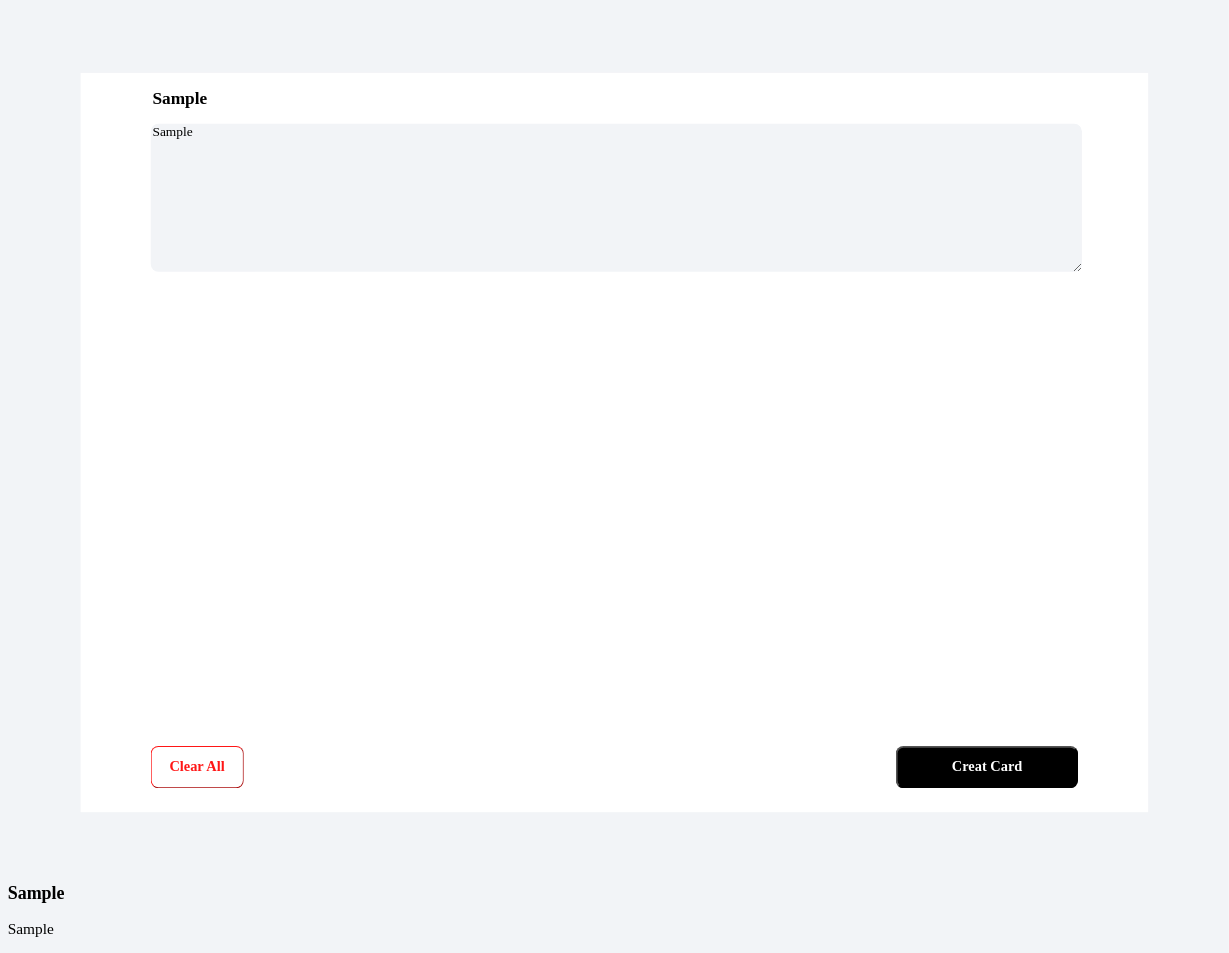
Repository: ReyhanehRahmani/TO-DO
Page: index.html
These files come from the project's save history. The page is drawn as it stood at one moment and after the next save; the edit follows.
The browser window is 1280 px wide. The pictures show the whole page, at 96% of full size.
Empty fields were first filled with sample values (such as "Sample", 5 or name@example.com).
After loading, the first visible `#creatbut` was clicked once.

Above is the page before, as saved 2025-06-08 00:10:01.

After the next save:
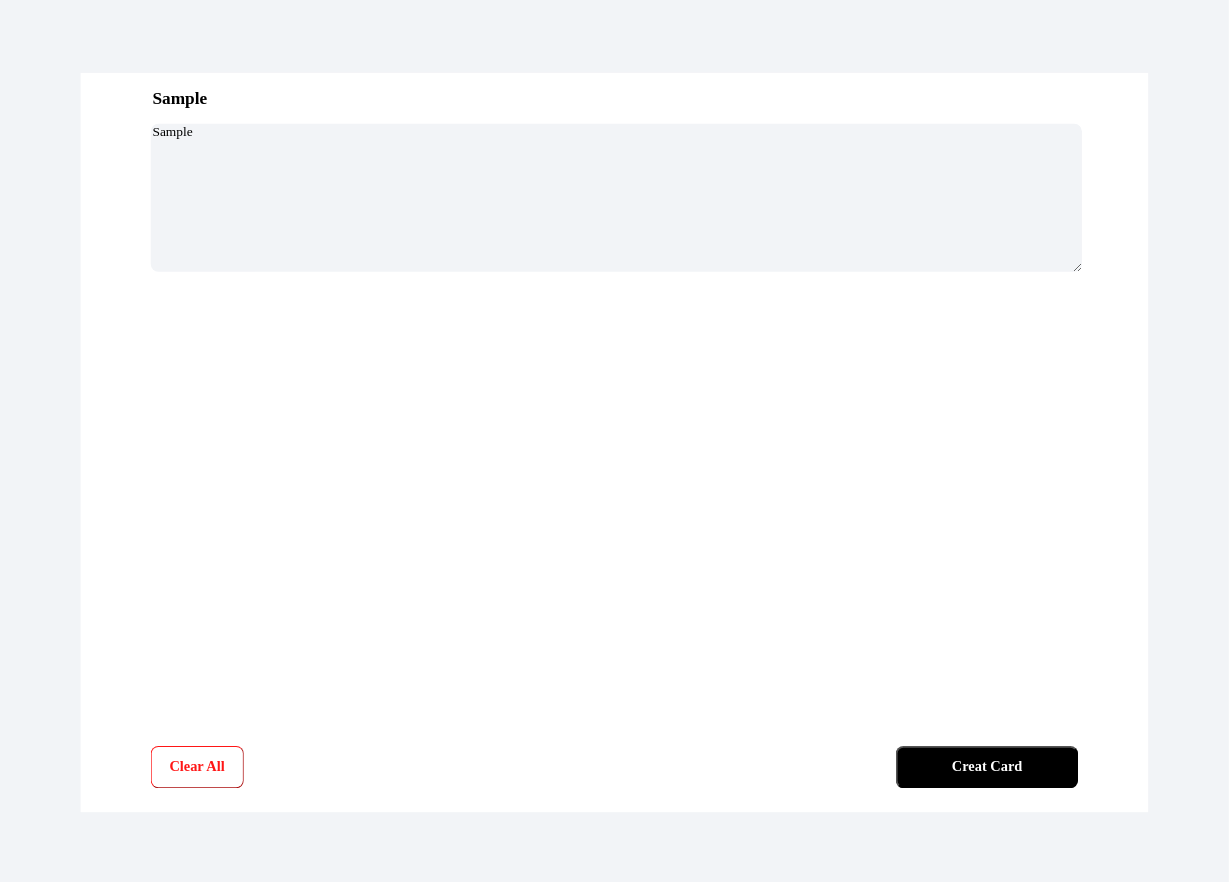
Saved 12 min 7 s later.
--- a/script.js
+++ b/script.js
@@ -1,10 +1,43 @@
 document.getElementById("creatbut").onclick = function () {
-    const title = document.getElementById("titlebox").value;
-    const desc = document.getElementById("descriptionbox").value;
+
+    document.getElementById("creatbut").onclick = function () {
+    const title = document.getElementById("titlebox").value.trim();
+    const desc = document.getElementById("descriptionbox").value.trim();
 
     const card = document.createElement("div");
-    card.classList.add("createdCards");
-    card.innerHTML = "<h3>" + title + "</h3><p>" + desc + "</p>";
+    card.classList.add("card");
 
-    document.body.appendChild(card);
+    const titleElem = document.createElement("div");
+    titleElem.classList.add("cardTitle");
+    titleElem.textContent = title;
+
+    const descElem = document.createElement("div");
+    descElem.classList.add("cardDesc");
+    descElem.textContent = desc;
+
+    const dateElem = document.createElement("div");
+    dateElem.classList.add("cardDate");
+
+    const now = new Date();
+    const day = now.getDate();
+    const monthNames = [
+      "January", "February", "March", "April", "May", "June",
+      "July", "August", "September", "October", "November", "December"
+    ];
+    const month = monthNames[now.getMonth()];
+
+    const formattedDate = day + " " + month;
+
+    dateElem.textContent = "Date: " + formattedDate;
+
+    card.appendChild(titleElem);
+    card.appendChild(descElem);
+    card.appendChild(dateElem);
+
+    document.getElementById("cards-container").appendChild(card);
+
+    document.getElementById("titlebox").value = "";
+    document.getElementById("descriptionbox").value = "";
 };
+
+};
